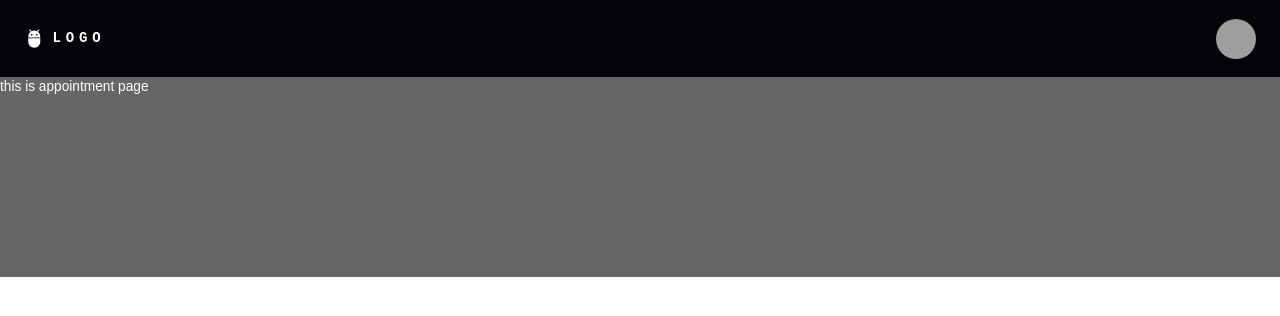
Repository: mdrubel02/health-care
Page: /appointment
The author's editor kept a copy of each file at every save. The page is drawn from the files as they stood at one save, then again after the next save.
The browser window is 1280 px wide. The pictures show the whole page.
Pictures or frames that could not be fetched are drawn as grey boxes. The project was rebuilt for these pictures with package versions that can differ from the ones it lists, and the page was loaded fresh each time. Also part of the build but not shown: src/Pages/Home/Home.js.

Above is the page before, as saved 2022-11-14 14:05:46.

After the next save:
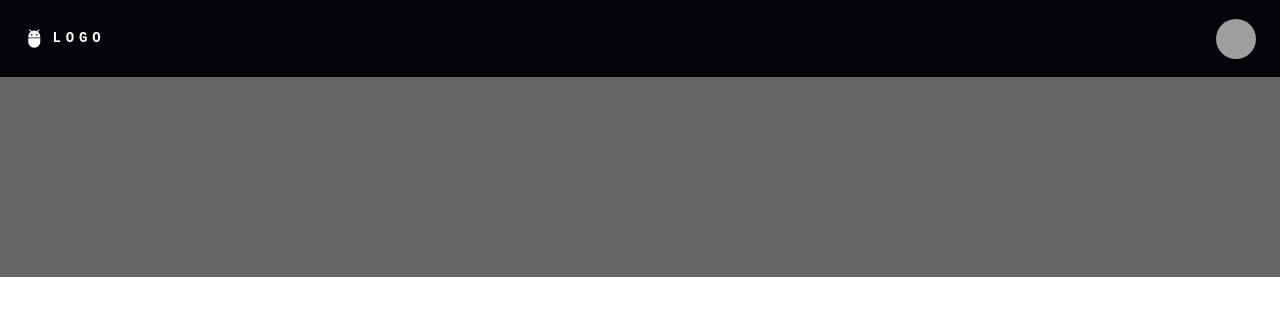
Saved 29 s later.
--- a/src/Pages/Appointment/Appointment.js
+++ b/src/Pages/Appointment/Appointment.js
@@ -9,7 +9,7 @@ const Appointment = () => {
         <Box
         sx={{ backgroundColor: `${colors.grey[500]} !important`, height: '200px'}}
         >
-            <Typography sx={{color: 'white'}}>this is appointment page</Typography>
+            <Typography sx={{color: `${colors.grey[500]} !important`}}>this is appointment page</Typography>
         </Box>
     );
 };
